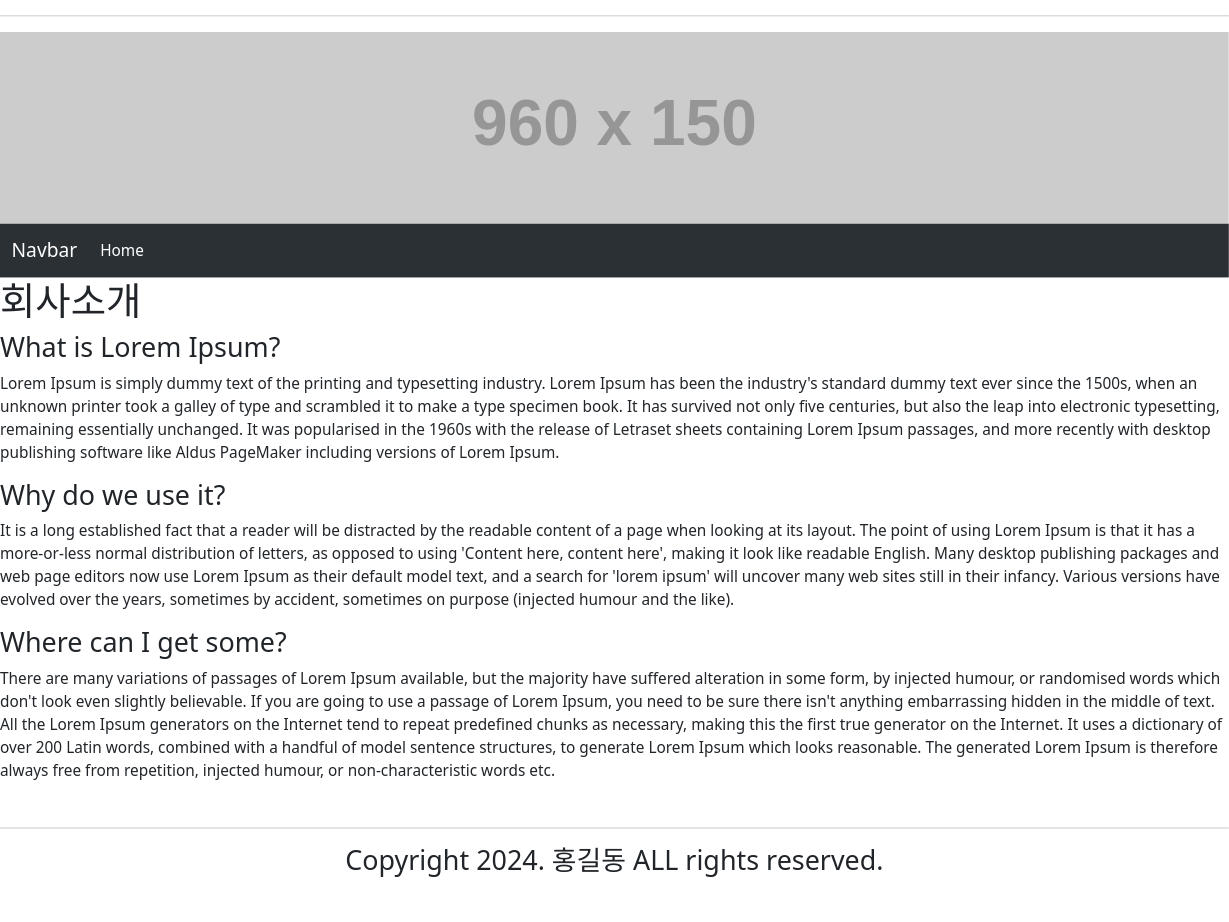
Repository: nltpbj/jsp
Page: http://localhost/ex01/
These files come from the project's save history. The page is drawn as it stood at one moment and after the next save; the edit follows.
The browser window is 1280 px wide. The pictures show the whole page, at 96% of full size.
The page is served by Tomcat 9.

Above is the page before, as saved 2024-04-29 02:13:30.

After the next save:
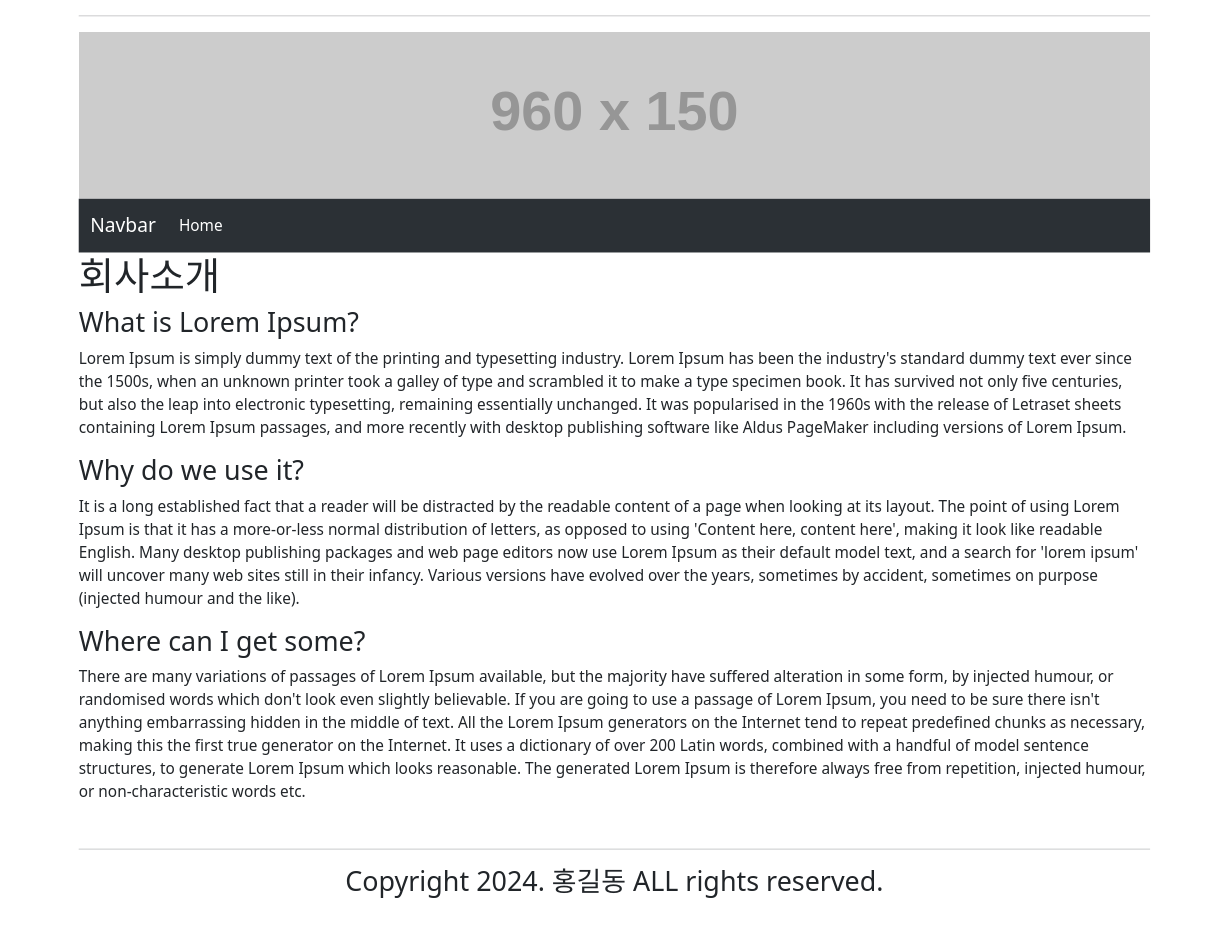
Saved 7 s later.
--- a/ex01/src/main/webapp/home.jsp
+++ b/ex01/src/main/webapp/home.jsp
@@ -10,7 +10,7 @@
 	<!--  부트스트랩에서 cdn복사해옴 -->
 </head>
 <body>
-	<div clas="container">
+	<div class="container">
 		<jsp:include page="top.jsp"/>
 		<jsp:include page="menu.jsp"/>
 		<jsp:include page="about.jsp"/>
